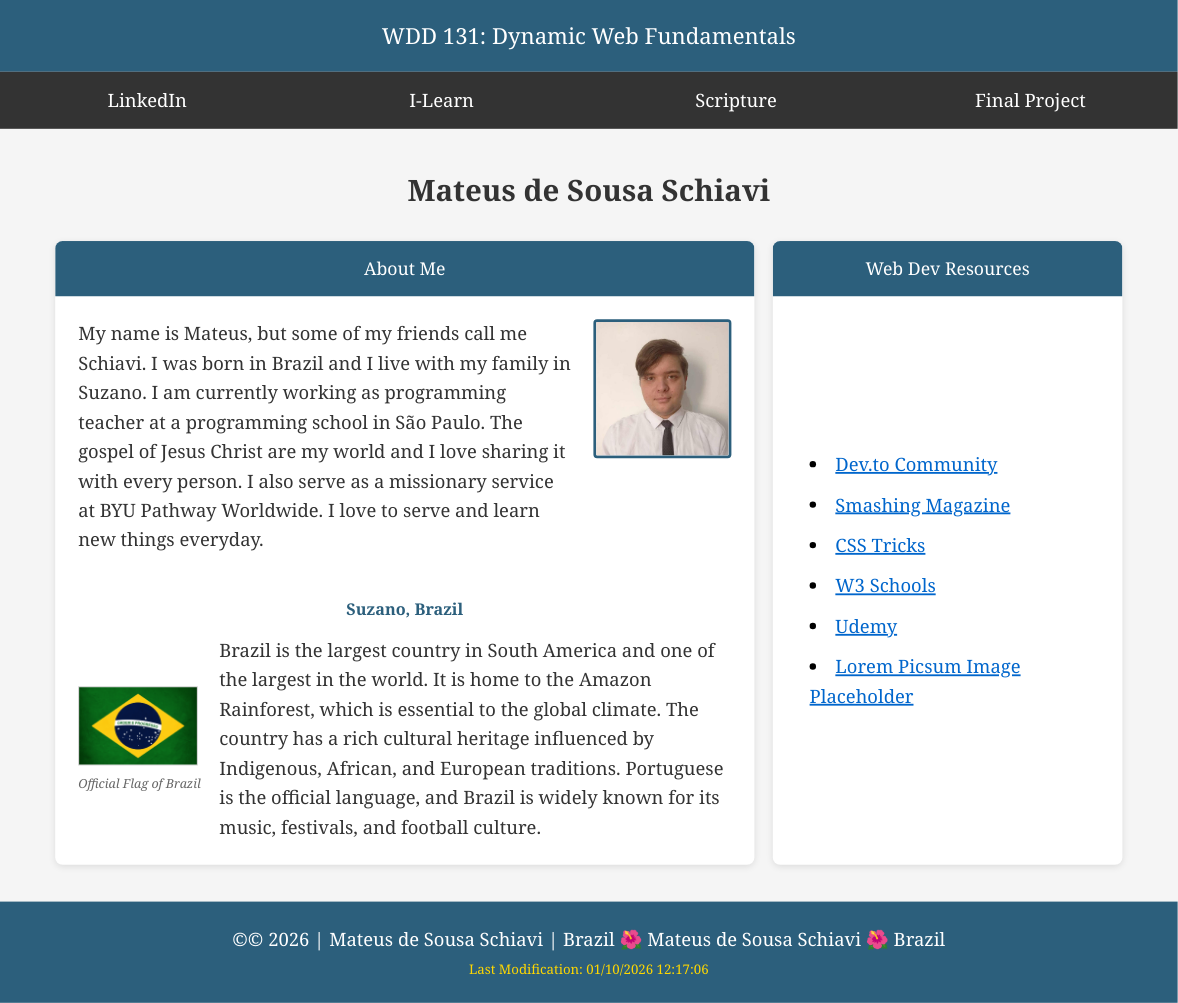
Repository: mateus-schiavi/wdd131
Page: index.html
The author's editor kept a copy of each file at every save. The page is drawn from the files as they stood at one save, then again after the next save.
The browser window is 1280 px wide. The pictures show the whole page, at 92% of full size.
Some web fonts or font styles are not loaded; a fallback is used.

Above is the page before, as saved 2026-01-10 17:59:56.

After the next save:
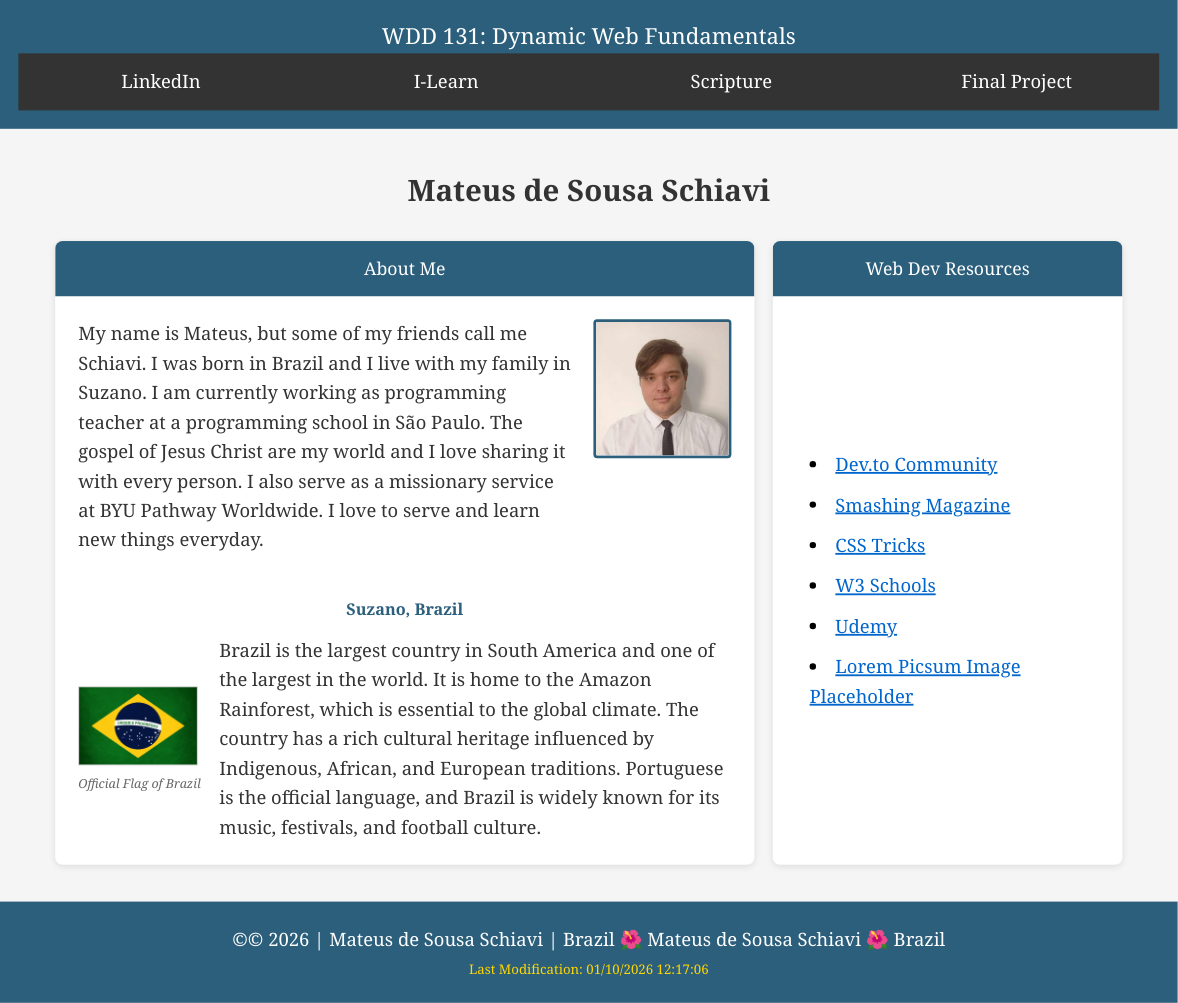
Saved 3 min 32 s later.
--- a/index.html
+++ b/index.html
@@ -19,14 +19,14 @@
 <body>
     <header>
         <h1 id="course-title">WDD 131: Dynamic Web Fundamentals</h1>
-    </header>
-    <nav>
+        <nav>
         <a href="https://www.linkedin.com/in/mateus-de-sousa-schiavi/" target="_blank">LinkedIn</a>
         <a href="https://byupw.instructure.com/" target="_blank">I-Learn</a>
         <a href="https://www.churchofjesuschrist.org/study/scriptures/nt/matt/24?lang=eng&id=p14#p14"
             target="_blank">Scripture</a>
         <a href="#">Final Project</a>
     </nav>
+    </header>
     <main>
         <h2>Mateus de Sousa Schiavi</h2>
         <div class="content-wrapper">
